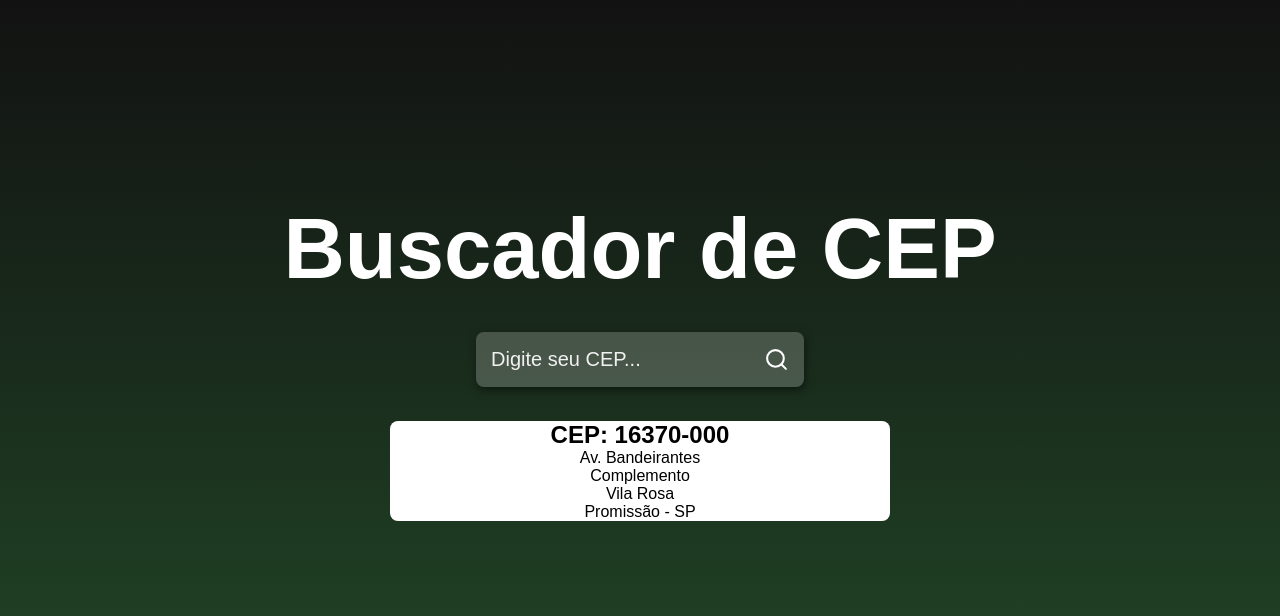
Repository: guipolo09/buscador-de-cep
Page: /
An editor plug-in stored every save of this project. The page is shown before and after the next save, followed by the edit.
The browser window is 1280 px wide. The pictures show the whole page.
The project was rebuilt for these pictures with package versions that can differ from the ones it lists, and the page was loaded fresh each time.

Above is the page before, as saved 2022-06-26 12:07:48.

### src/App.js
import { FiSearch } from "react-icons/fi";
import "./styles.css";

function App() {
  return (
    <div className="container">
      <h1 className="title">Buscador de CEP</h1>
      <div className="containerInput">
        <input type="text" placeholder="Digite seu CEP..." />
        <button className="buttonSearch">
          <FiSearch size={25} color="#fff" />
        </button>
      </div>
      <main className="main">
        <h2>CEP: 16370-000</h2>
        <span>Av. Bandeirantes</span>
        <span>Complemento</span>
        <span>Vila Rosa</span>
        <span>Promissão - SP</span>
      </main>
    </div>
  );
}

export default App;

### src/styles.css
.container {
  height: 100vh;
  display: flex;
  justify-content: center;
  align-items: center;
  flex-direction: column;
  background: linear-gradient(#121212, #214626);
}

.title {
  font-size: 85px;
  color: #fff;
  animation: flipTitle 2s;
}

@keyframes flipTitle {
  from {
    transform: rotateX(90deg);
  }
  to {
    transform: rotateX(0deg);
  }
}

.containerInput {
  background-color: rgba(255, 255, 255, 0.2);
  padding: 15px;
  margin: 34px 0;
  display: flex;
  border-radius: 8px;
  box-shadow: 1px 3px 8px rgba(0, 0, 0, 0.5);
}

.containerInput input {
  background-color: transparent;
  border: 0;
  font-size: 20px;
  color: #fff;
  outline: none;
  margin-right: 8px;
}

.containerInput input::placeholder {
  color: #f1f1f1;
}

.buttonSearch {
  background-color: transparent;
  border: 0;
  display: flex;
  justify-content: center;
  align-items: center;
  cursor: pointer;
  transition: transform 0.5s;
}

.buttonSearch:hover {
  transform: scale(1.2);
}

.main {
  display: flex;
  justify-content: center;
  align-items: center;
  flex-direction: column;
  background-color: #fff;
  width: 500px;
  border-radius: 8px;
}

Loaded but not shown: public/index.html (common file); src/index.js (common file); src/index.css (common file)

After the next save:
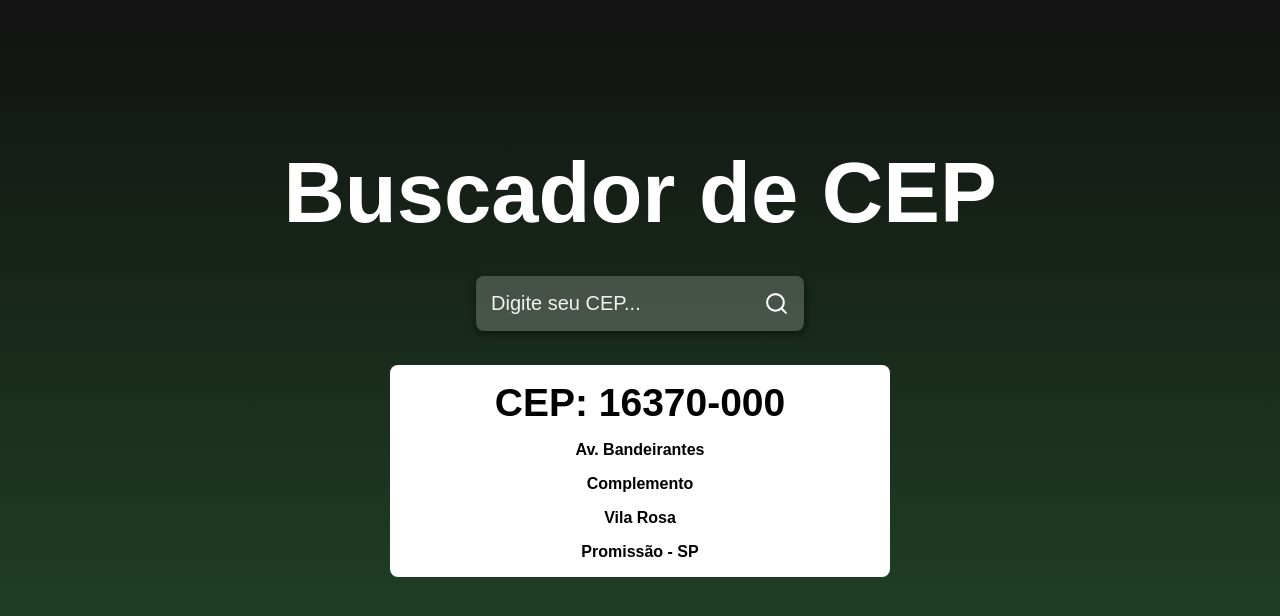
Saved 88 s later.
--- a/src/styles.css
+++ b/src/styles.css
@@ -67,3 +67,13 @@
   width: 500px;
   border-radius: 8px;
 }
+
+.main h2 {
+  margin: 16px 0;
+  font-size: 39px;
+}
+
+.main span {
+  margin-bottom: 16px;
+  font-weight: bold;
+}
